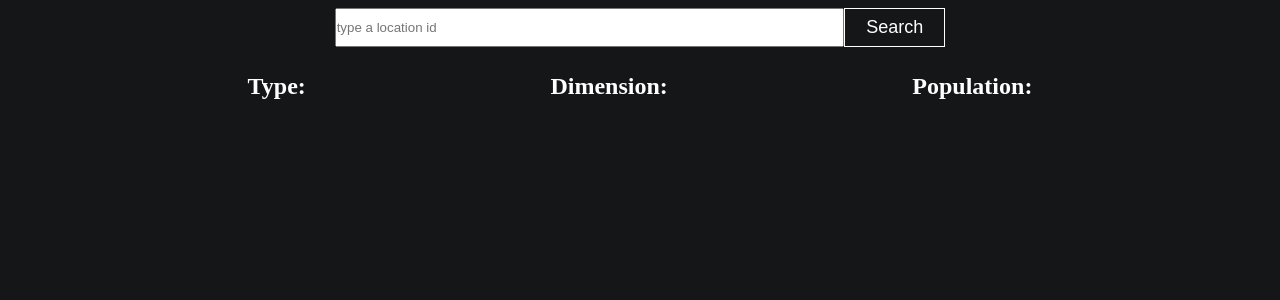
Repository: RobertAries28/ApiRickyMortin
Page: /
The author's editor kept a copy of each file at every save. The page is drawn from the files as they stood at one save, then again after the next save.
The browser window is 1280 px wide. The pictures show the whole page.
The page's requests for data from a server got no answer. The project was rebuilt for these pictures with package versions that can differ from the ones it lists, and the page was loaded fresh each time. No one was signed in, and anything a server would have sent is missing. Also part of the build but not shown: src/ResidentInfo.js.

Above is the page before, as saved 2022-04-29 09:55:45.

### src/index.css

body{
  background: #141618;
  color: white;
}

.information h1{
  font-weight: bold;
}

.information span{
  font-weight: 300;
}

.information_data{
  display: flex;
  justify-content: space-evenly;
}

.personaje{
  display: flex;
  justify-content: space-evenly;

  margin: 30px;
  background: #53575A;
  text-align: left;
}

.personaje img{
  flex-shrink: 0;
  flex-grow: 0;
}

.personaje .status span{
  font-size: 50px;
 color: red;
}

.personaje li{
 margin: 0px;
  font-size: 30px;
  font-weight: bolder;
}



.personaje h1,h2{
  margin: 5px;
}

.personaje span{

  font-size: 20px;

}

.personaje_information{
  display: flex;
  flex-direction: column;
  justify-content: space-evenly;
  margin: 0 10px;
  flex-shrink: 1;
  flex-grow: 0;
}

.personajeList{
  display: flex;
  flex-wrap: wrap;
  justify-content: space-evenly;
}

.searchBox{
  display: flex;
  justify-content: center;
}

.searchBox input{
  width: 40%;
  padding: 10px 0;
}

.searchBox button{
  width: 8%;
  background: #141618;
  color: white;
  font-size: 18px;
  border: 1px solid white;
}

### src/App.js

import './App.css';
import Locationinfo from './LocationInfo';

const App=() =>{
  return (
    <div className="App">
      <Locationinfo/>
    </div>
  );
}

export default App;

### src/LocationInfo.js
import axios from 'axios';
import React, { useEffect, useState } from 'react';
import './index.css';
import Residentslist from './ResidentsList';
import Searchbox from './SearchBox';

const Locationinfo = () => {
     const [information,setInformation]= useState({})
    useEffect(()=>{
        const random= Math.floor(Math.random()*126)+1;
        axios.get(`https://rickandmortyapi.com/api/location/${random}`)
         .then(res=> setInformation(res.data));

    },[])

    console.log(information)
    return (
        <div className='information'>
            <Searchbox setInformation={setInformation}/>
            <h1>{information.name}</h1>
            <div className='information_data'>
            <h2>Type: <span>{information.type}</span></h2>
            <h2>Dimension: <span>{information.dimension}</span></h2>
            <h2>Population: <span>{information.residents?.length}</span></h2>
            </div>
            <Residentslist urls={information?.residents}/>
        </div>
    );
}

export default Locationinfo;

### src/ResidentsList.js
import React from 'react';
import Residentinfo from './ResidentInfo';
import './index.css';

const Residentslist = ({urls}) => {
    return (
        <div className='personajeList'>
            {
                urls?.map(url=>(
                    <Residentinfo information={url} key={url}/>
                ))
            }
        </div>
    );
}

export default Residentslist;

### src/SearchBox.js
import axios from 'axios';
import React, { useState } from 'react';
import './index.css';

const Searchbox = ({setInformation}) => {
    const [ typeId, setTypeId]= useState("")

    const searchType=()=>{
    axios.get(`https://rickandmortyapi.com/api/location/${typeId}/`)
       .then(res=> setInformation(res.data))
    }

    return (
        <div className='searchBox'>
              <input
                type="text"
                onChange={e=> setTypeId(e.target.value)}
                value={typeId}
                placeholder="type a location id"
            />

            <button onClick={searchType}>
                Search
            </button>
        </div>
    );
}

export default Searchbox;

Loaded but not shown: public/index.html (common file); src/index.js (common file); src/App.css (common file)

After the next save:
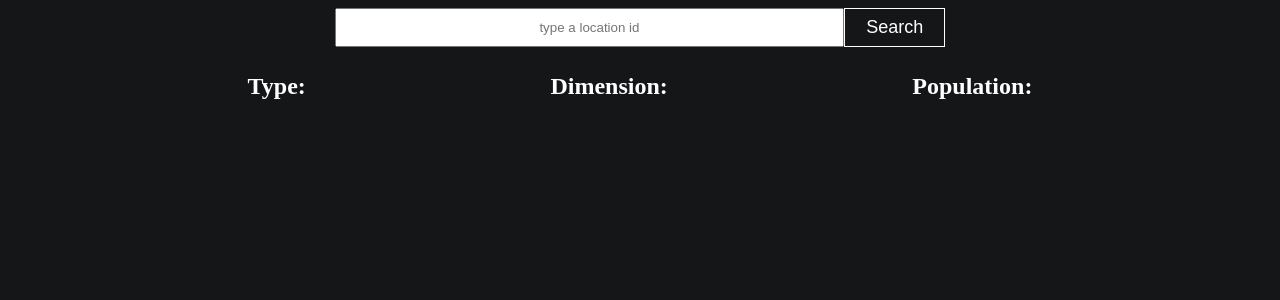
Saved 2 min 4 s later.
--- a/src/index.css
+++ b/src/index.css
@@ -79,6 +79,10 @@ body{
   padding: 10px 0;
 }
 
+input::-webkit-input-placeholder{
+  text-align: center;
+}
+
 .searchBox button{
   width: 8%;
   background: #141618;
